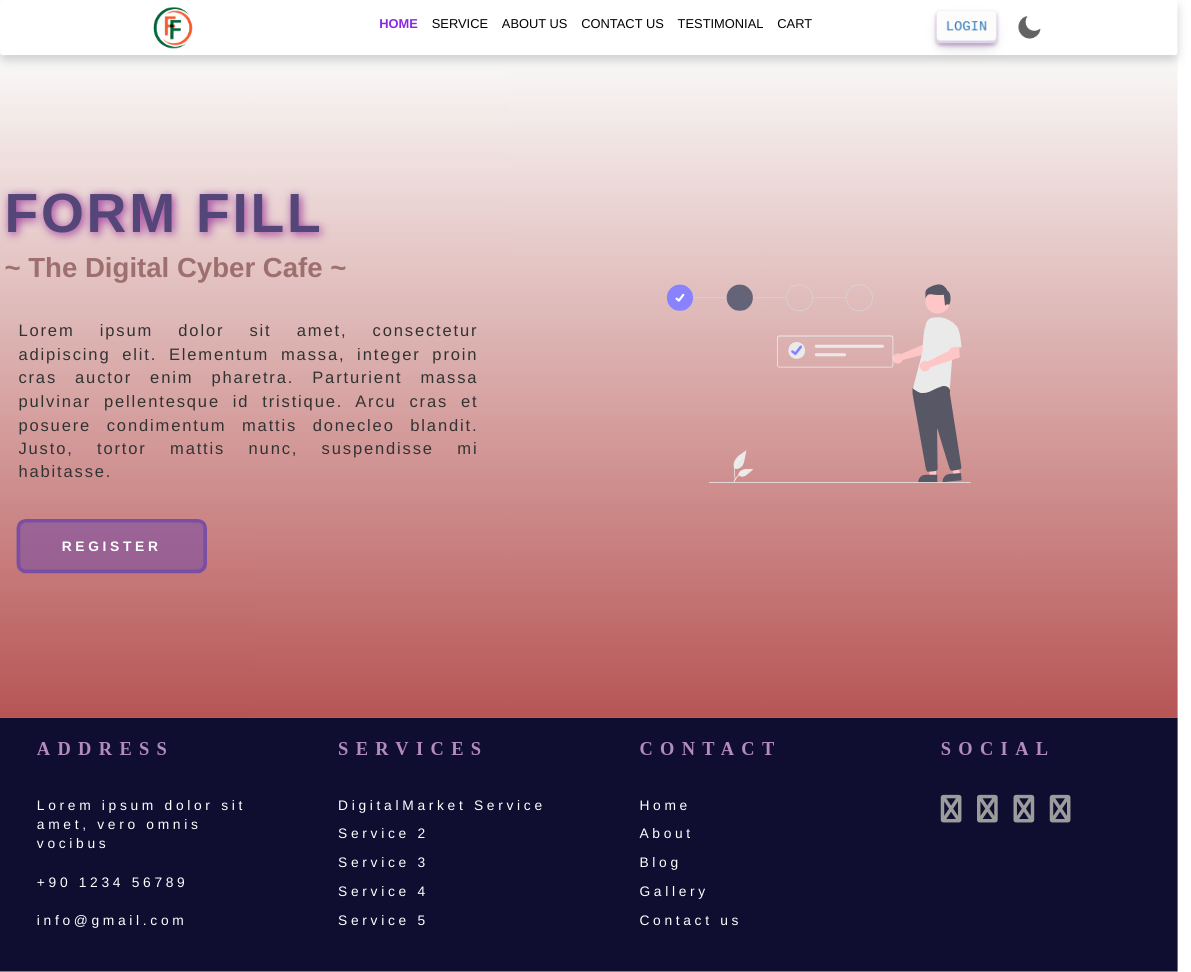
Repository: codervivek5/Formfil
Page: index.html
An editor plug-in stored every save of this project. The page is shown before and after the next save, followed by the edit.
The browser window is 1280 px wide. The page is 1295 px wide, so the pictures cover 1295 px, including what lies to the right of the window. The pictures show the whole page, at 92% of full size.
Some web fonts or font styles are not loaded; a fallback is used.

Above is the page before, as saved 2023-03-04 20:57:38.

After the next save:
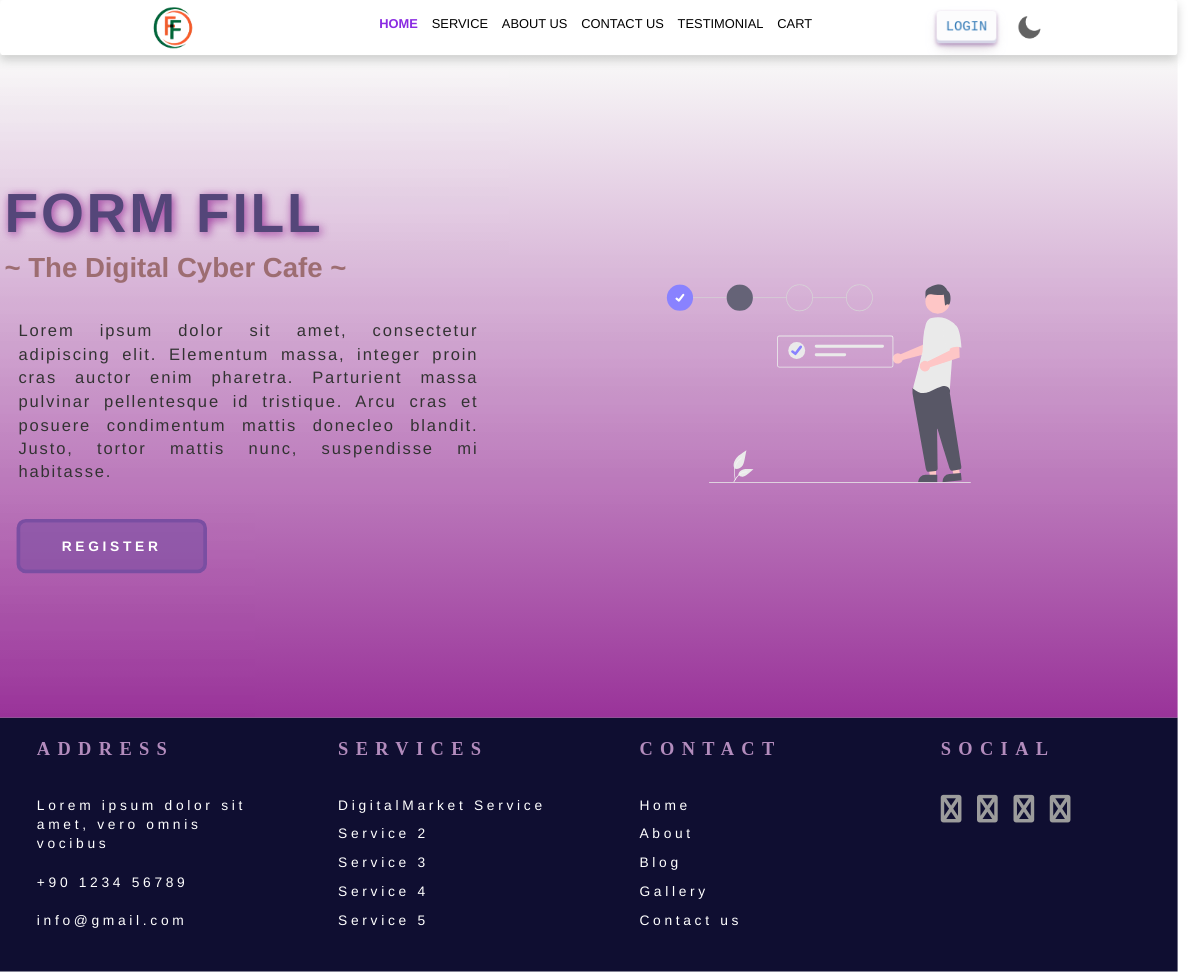
Saved 14 s later.
--- a/style/theme.css
+++ b/style/theme.css
@@ -1,5 +1,5 @@
 :root{
-	--color--main: linear-gradient(rgba(244, 245, 243, 0.712),brown);
+	--color--main: linear-gradient(rgba(244, 245, 243, 0.712),purple);
 	--color--footer: rgb(119, 5, 100);
 	--color--h1: #2a1958;
 	--color--h2: rgba(122, 60, 60, 0.87);
